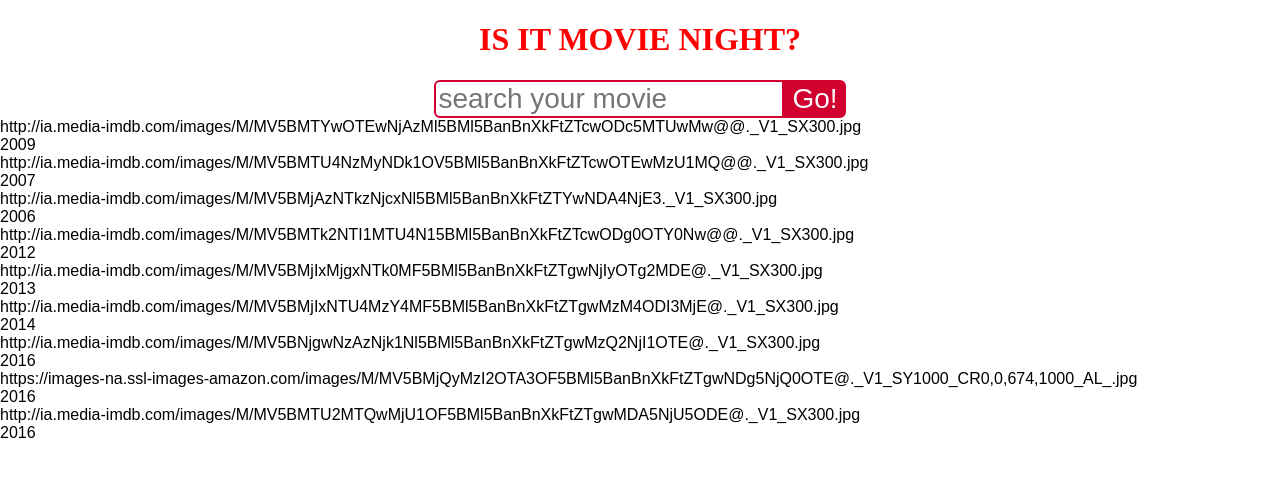
Repository: runner855/movies-app
Page: /
These files come from the project's save history. The page is drawn as it stood at one moment and after a run of saves; the edit follows.
The browser window is 1280 px wide. The pictures show the whole page.
The project was rebuilt for these pictures with package versions that can differ from the ones it lists, and the page was loaded fresh each time. Also part of the build but not shown: src/styles/App.css.

Above is the page before, as saved 2021-06-17 12:38:14.

### src/index.js
import React from "react";
import ReactDOM from "react-dom";
import "./styles/index.css";
import App from "./components/App";
import data from "./data/data.json";

ReactDOM.render(
  <React.StrictMode>
    <App data={data} />
  </React.StrictMode>,
  document.getElementById("root")
);

### src/styles/index.css
@font-face {
  font-family: "BebasNeue";
  src: url("../fonts/BebasNeue.otf") format("otf");
}
* {
  box-sizing: border-box;
}

body {
  margin: 0;
  padding: 0;
  font-family: "BebasNeue", sans-serif;
  /* background-color: #000; */
}

### src/components/App.js
import React from "react";
import "../styles/App.css";
import PropTypes from "prop-types";
import Header from "../components/header";
import Search from "../components/Search";
import MovieSummaries from "./MovieSummaries";

const App = ({ data }) => {
  return (
    <div className="Movie">
      <Header />
      <Search />
      <MovieSummaries data={data} />
    </div>
  );
};

export default App;

App.propTypes = {
  movies: PropTypes.arrayOf(
    PropTypes.shape({
      Title: PropTypes.string,
      Poster: PropTypes.any,
      Year: PropTypes.number,
    })
  ),
};

### src/data/data.json
[
  {
    "Title": "Avatar",
    "Year": "2009",
    "Rated": "PG-13",
    "Released": "18 Dec 2009",
    "Runtime": "162 min",
    "Genre": "Action, Adventure, Fantasy",
    "Director": "James Cameron",
    "Writer": "James Cameron",
    "Actors": "Sam Worthington, Zoe Saldana, Sigourney Weaver, Stephen Lang",
    "Plot": "A paraplegic marine dispatched to the moon Pandora on a unique mission becomes torn between following his orders and protecting the world he feels is his home.",
    "Language": "English, Spanish",
    "Country": "USA, UK",
    "Awards": "Won 3 Oscars. Another 80 wins & 121 nominations.",
    "Poster": "http://ia.media-imdb.com/images/M/MV5BMTYwOTEwNjAzMl5BMl5BanBnXkFtZTcwODc5MTUwMw@@._V1_SX300.jpg",
    "Metascore": "83",
    "imdbRating": "7.9",
    "imdbVotes": "890,617",
    "imdbID": "tt0499549",
    "Type": "movie",
    "Response": "True",
    "Images": [
      "https://images-na.ssl-images-amazon.com/images/M/MV5BMjEyOTYyMzUxNl5BMl5BanBnXkFtZTcwNTg0MTUzNA@@._V1_SX1500_CR0,0,1500,999_AL_.jpg",
      "https://images-na.ssl-images-amazon.com/images/M/MV5BNzM2MDk3MTcyMV5BMl5BanBnXkFtZTcwNjg0MTUzNA@@._V1_SX1777_CR0,0,1777,999_AL_.jpg",
      "https://images-na.ssl-images-amazon.com/images/M/MV5BMTY2ODQ3NjMyMl5BMl5BanBnXkFtZTcwODg0MTUzNA@@._V1_SX1777_CR0,0,1777,999_AL_.jpg",
      "https://images-na.ssl-images-amazon.com/images/M/MV5BMTMxOTEwNDcxN15BMl5BanBnXkFtZTcwOTg0MTUzNA@@._V1_SX1777_CR0,0,1777,999_AL_.jpg",
      "https://images-na.ssl-images-amazon.com/images/M/MV5BMTYxMDg1Nzk1MV5BMl5BanBnXkFtZTcwMDk0MTUzNA@@._V1_SX1500_CR0,0,1500,999_AL_.jpg"
    ]
  },
  {
    "Title": "I Am Legend",
    "Year": "2007",
    "Rated": "PG-13",
    "Released": "14 Dec 2007",
    "Runtime": "101 min",
    "Genre": "Drama, Horror, Sci-Fi",
    "Director": "Francis Lawrence",
    "Writer": "Mark Protosevich (screenplay), Akiva Goldsman (screenplay), Richard Matheson (novel), John William Corrington, Joyce Hooper Corrington",
    "Actors": "Will Smith, Alice Braga, Charlie Tahan, Salli Richardson-Whitfield",
    "Plot": "Years after a plague kills most of humanity and transforms the rest into monsters, the sole survivor in New York City struggles valiantly to find a cure.",
    "Language": "English",
    "Country": "USA",
    "Awards": "9 wins & 21 nominations.",
    "Poster": "http://ia.media-imdb.com/images/M/MV5BMTU4NzMyNDk1OV5BMl5BanBnXkFtZTcwOTEwMzU1MQ@@._V1_SX300.jpg",
    "Metascore": "65",
    "imdbRating": "7.2",
    "imdbVotes": "533,874",
    "imdbID": "tt0480249",
    "Type": "movie",
    "Response": "True",
    "Images": [
      "https://images-na.ssl-images-amazon.com/images/M/MV5BMTI0NTI4NjE3NV5BMl5BanBnXkFtZTYwMDA0Nzc4._V1_.jpg",
      "https://images-na.ssl-images-amazon.com/images/M/MV5BMTIwMDg2MDU4M15BMl5BanBnXkFtZTYwMTA0Nzc4._V1_.jpg",
      "https://images-na.ssl-images-amazon.com/images/M/MV5BMTc5MDM1OTU5OV5BMl5BanBnXkFtZTYwMjA0Nzc4._V1_.jpg",
      "https://images-na.ssl-images-amazon.com/images/M/MV5BMTA0MTI2NjMzMzFeQTJeQWpwZ15BbWU2MDMwNDc3OA@@._V1_.jpg"
    ]
  },
  {
    "Title": "300",
    "Year": "2006",
    "Rated": "R",
    "Released": "09 Mar 2007",
    "Runtime": "117 min",
    "Genre": "Action, Drama, Fantasy",
    "Director": "Zack Snyder",
    "Writer": "Zack Snyder (screenplay), Kurt Johnstad (screenplay), Michael Gordon (screenplay), Frank Miller (graphic novel), Lynn Varley (graphic novel)",
    "Actors": "Gerard Butler, Lena Headey, Dominic West, David Wenham",
    "Plot": "King Leonidas of Sparta and a force of 300 men fight the Persians at Thermopylae in 480 B.C.",
    "Language": "English",
    "Country": "USA",
    "Awards": "16 wins & 42 nominations.",
    "Poster": "http://ia.media-imdb.com/images/M/MV5BMjAzNTkzNjcxNl5BMl5BanBnXkFtZTYwNDA4NjE3._V1_SX300.jpg",
    "Metascore": "52",
    "imdbRating": "7.7",
    "imdbVotes": "611,046",
    "imdbID": "tt0416449",
    "Type": "movie",
    "Response": "True",
    "Images": [
      "https://images-na.ssl-images-amazon.com/images/M/MV5BMTMwNTg5MzMwMV5BMl5BanBnXkFtZTcwMzA2NTIyMw@@._V1_SX1777_CR0,0,1777,937_AL_.jpg",
      "https://images-na.ssl-images-amazon.com/images/M/MV5BMTQwNTgyNTMzNF5BMl5BanBnXkFtZTcwNDA2NTIyMw@@._V1_SX1777_CR0,0,1777,935_AL_.jpg",
      "https://images-na.ssl-images-amazon.com/images/M/MV5BMTc0MjQzOTEwMV5BMl5BanBnXkFtZTcwMzE2NTIyMw@@._V1_SX1777_CR0,0,1777,947_AL_.jpg"
    ]
  },
  {
    "Title": "The Avengers",
    "Year": "2012",
    "Rated": "PG-13",
    "Released": "04 May 2012",
    "Runtime": "143 min",
    "Genre": "Action, Sci-Fi, Thriller",
    "Director": "Joss Whedon",
    "Writer": "Joss Whedon (screenplay), Zak Penn (story), Joss Whedon (story)",
    "Actors": "Robert Downey Jr., Chris Evans, Mark Ruffalo, Chris Hemsworth",
    "Plot": "Earth's mightiest heroes must come together and learn to fight as a team if they are to stop the mischievous Loki and his alien army from enslaving humanity.",
    "Language": "English, Russian",
    "Country": "USA",
    "Awards": "Nominated for 1 Oscar. Another 34 wins & 75 nominations.",
    "Poster": "http://ia.media-imdb.com/images/M/MV5BMTk2NTI1MTU4N15BMl5BanBnXkFtZTcwODg0OTY0Nw@@._V1_SX300.jpg",
    "Metascore": "69",
    "imdbRating": "8.1",
    "imdbVotes": "1,003,301",
    "imdbID": "tt0848228",
    "Type": "movie",
    "Response": "True",
    "Images": [
      "https://images-na.ssl-images-amazon.com/images/M/MV5BMTA0NjY0NzE4OTReQTJeQWpwZ15BbWU3MDczODg2Nzc@._V1_SX1777_CR0,0,1777,999_AL_.jpg",
      "https://images-na.ssl-images-amazon.com/images/M/MV5BMjE1MzEzMjcyM15BMl5BanBnXkFtZTcwNDM4ODY3Nw@@._V1_SX1777_CR0,0,1777,999_AL_.jpg",
      "https://images-na.ssl-images-amazon.com/images/M/MV5BMjMwMzM2MTg1M15BMl5BanBnXkFtZTcwNjM4ODY3Nw@@._V1_SX1777_CR0,0,1777,999_AL_.jpg",
      "https://images-na.ssl-images-amazon.com/images/M/MV5BMTQ4NzM2Mjc5MV5BMl5BanBnXkFtZTcwMTkwOTY3Nw@@._V1_SX1777_CR0,0,1777,999_AL_.jpg",
      "https://images-na.ssl-images-amazon.com/images/M/MV5BMTc3MzQ3NjA5N15BMl5BanBnXkFtZTcwMzY5OTY3Nw@@._V1_SX1777_CR0,0,1777,999_AL_.jpg"
    ]
  },
  {
    "Title": "The Wolf of Wall Street",
    "Year": "2013",
    "Rated": "R",
    "Released": "25 Dec 2013",
    "Runtime": "180 min",
    "Genre": "Biography, Comedy, Crime",
    "Director": "Martin Scorsese",
    "Writer": "Terence Winter (screenplay), Jordan Belfort (book)",
    "Actors": "Leonardo DiCaprio, Jonah Hill, Margot Robbie, Matthew McConaughey",
    "Plot": "Based on the true story of Jordan Belfort, from his rise to a wealthy stock-broker living the high life to his fall involving crime, corruption and the federal government.",
    "Language": "English, French",
    "Country": "USA",
    "Awards": "Nominated for 5 Oscars. Another 35 wins & 154 nominations.",
    "Poster": "http://ia.media-imdb.com/images/M/MV5BMjIxMjgxNTk0MF5BMl5BanBnXkFtZTgwNjIyOTg2MDE@._V1_SX300.jpg",
    "Metascore": "75",
    "imdbRating": "8.2",
    "imdbVotes": "786,985",
    "imdbID": "tt0993846",
    "Type": "movie",
    "Response": "True",
    "Images": [
      "https://images-na.ssl-images-amazon.com/images/M/MV5BNDIwMDIxNzk3Ml5BMl5BanBnXkFtZTgwMTg0MzQ4MDE@._V1_SX1500_CR0,0,1500,999_AL_.jpg",
      "https://images-na.ssl-images-amazon.com/images/M/MV5BMTc0NzAxODAyMl5BMl5BanBnXkFtZTgwMDg0MzQ4MDE@._V1_SX1500_CR0,0,1500,999_AL_.jpg",
      "https://images-na.ssl-images-amazon.com/images/M/MV5BMTExMDk1MDE4NzVeQTJeQWpwZ15BbWU4MDM4NDM0ODAx._V1_SX1500_CR0,0,1500,999_AL_.jpg",
      "https://images-na.ssl-images-amazon.com/images/M/MV5BMTg3MTY4NDk4Nl5BMl5BanBnXkFtZTgwNjc0MzQ4MDE@._V1_SX1500_CR0,0,1500,999_AL_.jpg",
      "https://images-na.ssl-images-amazon.com/images/M/MV5BMTgzMTg4MDI0Ml5BMl5BanBnXkFtZTgwOTY0MzQ4MDE@._V1_SY1000_CR0,0,1553,1000_AL_.jpg"
    ]
  },
  {
    "Title": "Interstellar",
    "Year": "2014",
    "Rated": "PG-13",
    "Released": "07 Nov 2014",
    "Runtime": "169 min",
    "Genre": "Adventure, Drama, Sci-Fi",
    "Director": "Christopher Nolan",
    "Writer": "Jonathan Nolan, Christopher Nolan",
    "Actors": "Ellen Burstyn, Matthew McConaughey, Mackenzie Foy, John Lithgow",
    "Plot": "A team of explorers travel through a wormhole in space in an attempt to ensure humanity's survival.",
    "Language": "English",
    "Country": "USA, UK",
    "Awards": "Won 1 Oscar. Another 39 wins & 134 nominations.",
    "Poster": "http://ia.media-imdb.com/images/M/MV5BMjIxNTU4MzY4MF5BMl5BanBnXkFtZTgwMzM4ODI3MjE@._V1_SX300.jpg",
    "Metascore": "74",
    "imdbRating": "8.6",
    "imdbVotes": "937,412",
    "imdbID": "tt0816692",
    "Type": "movie",
    "Response": "True",
    "Images": [
      "https://images-na.ssl-images-amazon.com/images/M/MV5BMjA3NTEwOTMxMV5BMl5BanBnXkFtZTgwMjMyODgxMzE@._V1_SX1500_CR0,0,1500,999_AL_.jpg",
      "https://images-na.ssl-images-amazon.com/images/M/MV5BMzQ5ODE2MzEwM15BMl5BanBnXkFtZTgwMTMyODgxMzE@._V1_SX1500_CR0,0,1500,999_AL_.jpg",
      "https://images-na.ssl-images-amazon.com/images/M/MV5BMTg4Njk4MzY0Nl5BMl5BanBnXkFtZTgwMzIyODgxMzE@._V1_SX1500_CR0,0,1500,999_AL_.jpg",
      "https://images-na.ssl-images-amazon.com/images/M/MV5BMzE3MTM0MTc3Ml5BMl5BanBnXkFtZTgwMDIyODgxMzE@._V1_SX1500_CR0,0,1500,999_AL_.jpg",
      "https://images-na.ssl-images-amazon.com/images/M/MV5BNjYzNjE2NDk3N15BMl5BanBnXkFtZTgwNzEyODgxMzE@._V1_SX1500_CR0,0,1500,999_AL_.jpg"
    ]
  },
  {
    "ComingSoon": true,
    "Title": "Doctor Strange",
    "Year": "2016",
    "Rated": "N/A",
    "Released": "04 Nov 2016",
    "Runtime": "N/A",
    "Genre": "Action, Adventure, Fantasy",
    "Director": "Scott Derrickson",
    "Writer": "Scott Derrickson (screenplay), C. Robert Cargill (screenplay), Jon Spaihts (story by), Scott Derrickson (story by), C. Robert Cargill (story by), Steve Ditko (comic book)",
    "Actors": "Rachel McAdams, Benedict Cumberbatch, Mads Mikkelsen, Tilda Swinton",
    "Plot": "After his career is destroyed, a brilliant but arrogant and conceited surgeon gets a new lease on life when a sorcerer takes him under her wing and trains him to defend the world against evil.",
    "Language": "English",
    "Country": "USA",
    "Awards": "N/A",
    "Poster": "http://ia.media-imdb.com/images/M/MV5BNjgwNzAzNjk1Nl5BMl5BanBnXkFtZTgwMzQ2NjI1OTE@._V1_SX300.jpg",
    "Metascore": "N/A",
    "imdbRating": "N/A",
    "imdbVotes": "N/A",
    "imdbID": "tt1211837",
    "Type": "movie",
    "Response": "True",
    "Images": [
      "https://images-na.ssl-images-amazon.com/images/M/MV5BMjM3ODc1ODI5Ml5BMl5BanBnXkFtZTgwODMzMDY3OTE@._V1_.jpg",
      "https://images-na.ssl-images-amazon.com/images/M/MV5BMTgxNTAyNTU0NV5BMl5BanBnXkFtZTgwNzMzMDY3OTE@._V1_.jpg",
      "https://images-na.ssl-images-amazon.com/images/M/MV5BMjE5NDc5NzUwNV5BMl5BanBnXkFtZTgwMDM3MDM2NzE@._V1_.jpg"
    ]
  },
  {
    "ComingSoon": true,
    "Title": "Rogue One: A Star Wars Story",
    "Year": "2016",
    "Rated": "N/A",
    "Released": "16 Dec 2016",
    "Runtime": "N/A",
    "Genre": "Action, Adventure, Sci-Fi",
    "Director": "Gareth Edwards",
    "Writer": "Chris Weitz (screenplay), Tony Gilroy (screenplay), John Knoll (story), Gary Whitta (story), George Lucas (characters)",
    "Actors": "Felicity Jones, Riz Ahmed, Mads Mikkelsen, Ben Mendelsohn",
    "Plot": "The Rebellion makes a risky move to steal the plans to the Death Star, setting up the epic saga to follow.",
    "Language": "English",
    "Country": "USA",
    "Awards": "1 nomination.",
    "Poster": "https://images-na.ssl-images-amazon.com/images/M/MV5BMjQyMzI2OTA3OF5BMl5BanBnXkFtZTgwNDg5NjQ0OTE@._V1_SY1000_CR0,0,674,1000_AL_.jpg",
    "Metascore": "N/A",
    "imdbRating": "N/A",
    "imdbVotes": "N/A",
    "imdbID": "tt3748528",
    "Type": "movie",
    "Response": "True",
    "Images": [
      "https://images-na.ssl-images-amazon.com/images/M/MV5BMjE3MzA4Nzk3NV5BMl5BanBnXkFtZTgwNjAxMTc1ODE@._V1_SX1777_CR0,0,1777,744_AL_.jpg",
      "https://images-na.ssl-images-amazon.com/images/M/MV5BNDMxMTQzMjQxM15BMl5BanBnXkFtZTgwNzAxMTc1ODE@._V1_SX1777_CR0,0,1777,744_AL_.jpg",
      "https://images-na.ssl-images-amazon.com/images/M/MV5BMTUyNjkxOTk5NV5BMl5BanBnXkFtZTgwODAxMTc1ODE@._V1_SX1777_CR0,0,1777,744_AL_.jpg",
      "https://images-na.ssl-images-amazon.com/images/M/MV5BNjM4MzExNDAyNl5BMl5BanBnXkFtZTgwOTAxMTc1ODE@._V1_SX1777_CR0,0,1777,744_AL_.jpg",
      "https://images-na.ssl-images-amazon.com/images/M/MV5BMjE3NTgxMDcyNV5BMl5BanBnXkFtZTgwMDExMTc1ODE@._V1_SX1777_CR0,0,1777,744_AL_.jpg"
    ]
  },
  {
    "ComingSoon": true,
    "Title": "Assassin's Creed",
    "Year": "2016",
    "Rated": "N/A",
    "Released": "21 Dec 2016",
    "Runtime": "N/A",
    "Genre": "Action, Adventure, Fantasy",
    "Director": "Justin Kurzel",
    "Writer": "Bill Collage (screenplay), Adam Cooper (screenplay), Michael Lesslie (screenplay)",
    "Actors": "Michael Fassbender, Michael Kenneth Williams, Marion Cotillard, Jeremy Irons",
    "Plot": "When Callum Lynch explores the memories of his ancestor Aguilar and gains the skills of a Master Assassin, he discovers he is a descendant of the secret Assassins society.",
    "Language": "English",
    "Country": "UK, France, USA, Hong Kong",
    "Awards": "N/A",
    "Poster": "http://ia.media-imdb.com/images/M/MV5BMTU2MTQwMjU1OF5BMl5BanBnXkFtZTgwMDA5NjU5ODE@._V1_SX300.jpg",
    "Metascore": "N/A",
    "imdbRating": "N/A",
    "imdbVotes": "N/A",
    "imdbID": "tt2094766",
    "Type": "movie",
    "Response": "True",
    "Images": [
      "https://images-na.ssl-images-amazon.com/images/M/MV5BN2EyYzgyOWEtNTY2NS00NjRjLWJiNDYtMWViMjg5MWZjYjgzXkEyXkFqcGdeQXVyNjUwNzk3NDc@._V1_.jpg",
      "https://images-na.ssl-images-amazon.com/images/M/MV5BMTYwOWYzOTctOTc4My00ZmJkLTgzMTctMmUxNDI5ODQzYzNjXkEyXkFqcGdeQXVyNDAyODU1Njc@._V1_SX1500_CR0,0,1500,999_AL_.jpg",
      "https://images-na.ssl-images-amazon.com/images/M/MV5BZTY5ZGUxMTAtYTU0OC00NGQ2LTkzNzgtZGZmNjlmNjY3MGU0XkEyXkFqcGdeQXVyNTY0MTkxMTg@._V1_SY1000_CR0,0,1500,1000_AL_.jpg",
      "https://images-na.ssl-images-amazon.com/images/M/MV5BZjA0MWYwZTEtYzc5Yi00NGM2LTg1YTctNjY2YzQ0NDJhZDAwXkEyXkFqcGdeQXVyNDAyODU1Njc@._V1_SY1000_CR0,0,1499,1000_AL_.jpg"
    ]
  }
]

### src/components/header.js
import React from "react";
import "../styles/header.css";

const header = () => {
  return (
    <>
      <h1>IS IT MOVIE NIGHT?</h1>
    </>
  );
};

export default header;

### src/components/Search.js
import React from "react";
import "../styles/Search.css";

const Search = () => {
  return (
    <>
      <form className="search-form">
        <input
          placeholder="search your movie"
          className="search-input"
          type="text"
        />
        <button className="search-btn" type="submit">
          Go!
        </button>
      </form>
    </>
  );
};

export default Search;

### src/components/MovieSummaries.js
import React from "react";
import PropTypes from "prop-types";
import MovieSummary from "../components/MovieSummary";

const MovieSummaries = ({ data }) => {
  return (
    <>
      <div className="Movie-summaries">
        {data.map((movie, index) => (
          <MovieSummary key={index} Poster={movie.Poster} Year={movie.Year} />
        ))}
      </div>
    </>
  );
};

export default MovieSummaries;

MovieSummaries.propTypes = {
  movies: PropTypes.arrayOf(
    PropTypes.shape({
      Title: PropTypes.string,
      Poster: PropTypes.any,
      Year: PropTypes.number,
    })
  ),
};

### src/styles/header.css
h1 {
  font-family: "BebasNeue";
  color: red;
  font-weight: bold;
  text-align: center;
}

### src/styles/Search.css
.App {
  display: flex;
  flex-direction: column;
}

.app-ui {
  display: grid;
  grid-template-columns: repeat(auto-fit, min-max(384px, 2fr));
  grid-gap: 16px;
}

.search-input {
  width: 350px;
  background: #fff;
  border: 2px solid #d1002e;
  font-size: 28px;
  display: inline-block;
  outline: none;
  border-radius: 6px 0 0 6px;
}

.search-input {
  grid-column-start: 1;
  grid-column-end: -1;
}

.search-input input {
  width: 100%;
  box-sizing: border-box;
  justify-content: center;
}

.search-form {
  display: flex;
  flex-direction: row;
  justify-content: center;
  text-decoration: none;
}

.search-btn {
  position: relative;
  border: 2px solid #d1002e;
  background-color: #d1002e;
  color: #fafafa;
  font-size: 28px;
  display: inline-block;
  outline: none;
  border-radius: 0 6px 6px 0;
}

### src/components/MovieSummary.js
import React from "react";

const MovieSummary = (props) => {
  const { Title, Poster, Year } = props;

  return (
    <div className="Movie-summary">
      <div className="Movie-summary_title">{Title}</div>
      <div className="Movie-summary_Poster">{Poster}</div>
      <div className="Movie-summary_year">{Year}</div>
    </div>
  );
};

export default MovieSummary;

Loaded but not shown: public/index.html (common file)

After the next 2 saves:
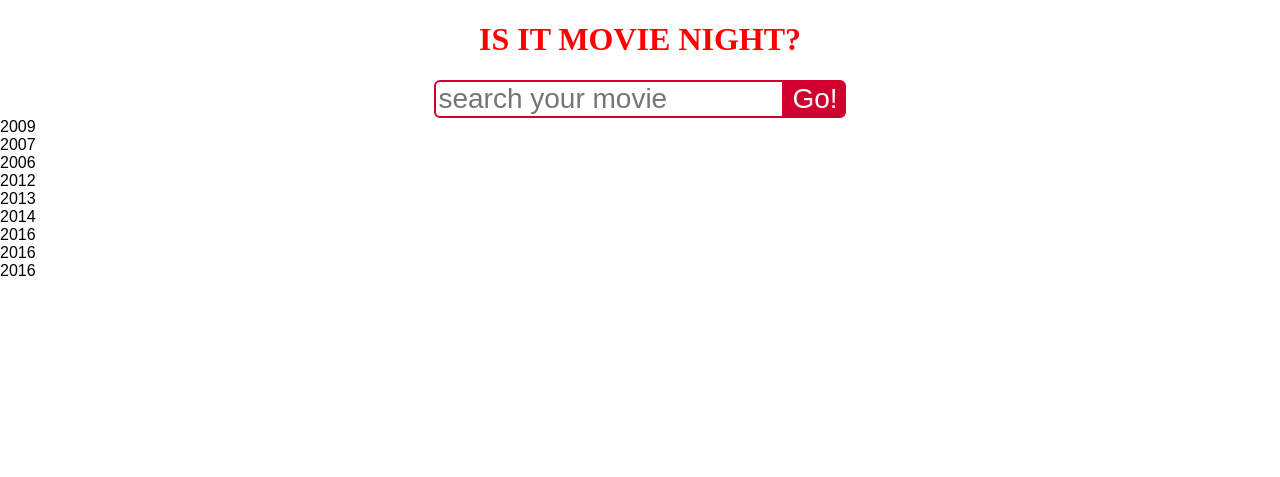
The 2 saves are shown as one change because 1 did not build or start.
The last was saved 5 min 49 s later.
--- a/src/components/MovieSummaries.js
+++ b/src/components/MovieSummaries.js
@@ -7,7 +7,7 @@
     <>
       <div className="Movie-summaries">
         {data.map((movie, index) => (
-          <MovieSummary key={index} Poster={movie.Poster} Year={movie.Year} />
+          <MovieSummary Poster={data.Poster} Year={movie.Year} />
         ))}
       </div>
     </>
